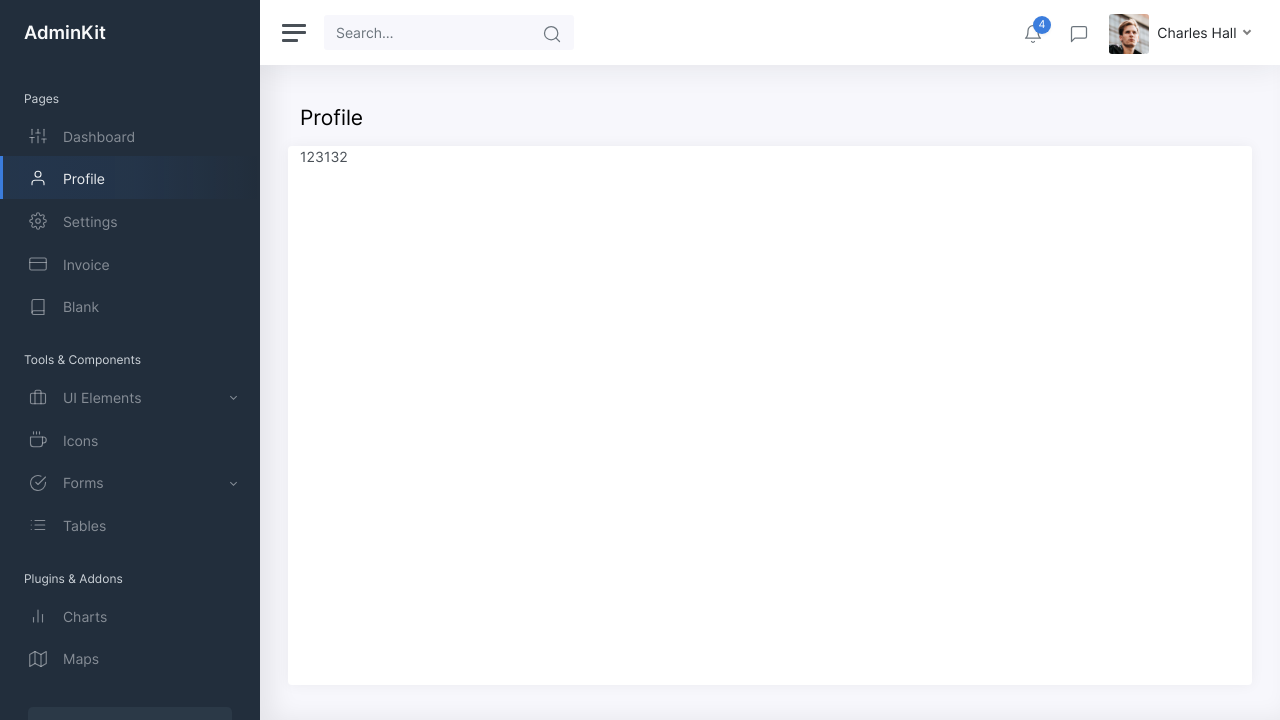
Repository: yuwei0922/WHURS-WGIS
Page: final_project/pages-profile.html
The author's editor kept a copy of each file at every save. The page is drawn from the files as they stood at one save, then again after the next save.
The browser window is 1280 px wide. The pictures show the whole page.

Above is the page before, as saved 2022-12-21 20:31:22.
Not found: final_project/js/vendor.js

After the next save:
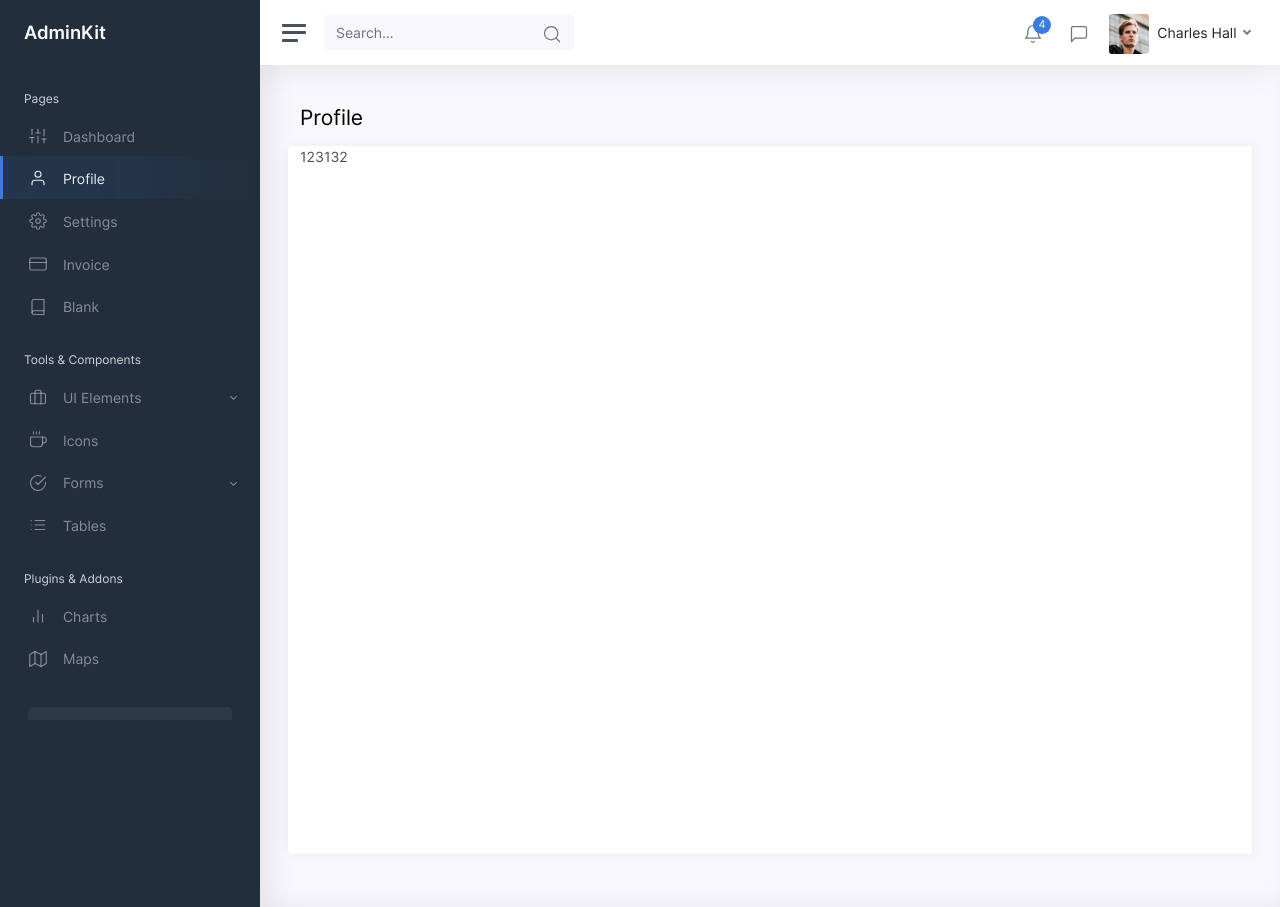
Saved 37 s later.
--- a/final_project/css/content.css
+++ b/final_project/css/content.css
@@ -8,9 +8,9 @@
 }
 
 .select-contronller{
-    height: 70%;
+    height: 700px;
     background-color: black;
-    width: 15%;
+    width: 300px;
     z-index: 999;
 }
 
